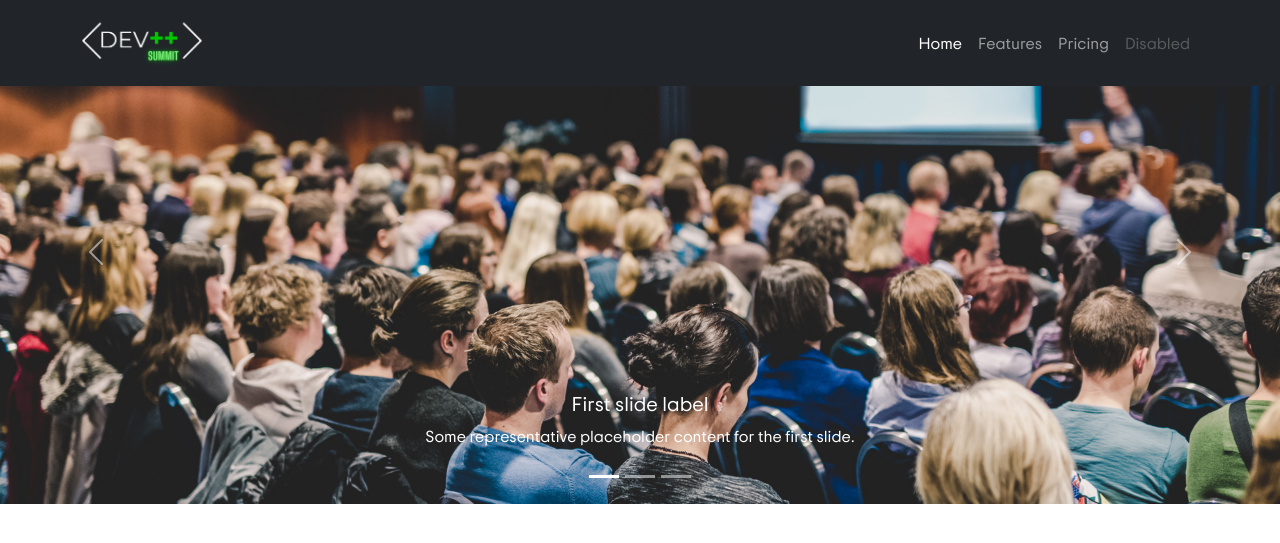
Repository: GScholl/ProjetoWeb_
Page: index.html
These files come from the project's save history. The page is drawn as it stood at one moment and after the next save; the edit follows.
The browser window is 1280 px wide. The pictures show the whole page.

Above is the page before, as saved 2023-08-23 09:22:35.

After the next save:
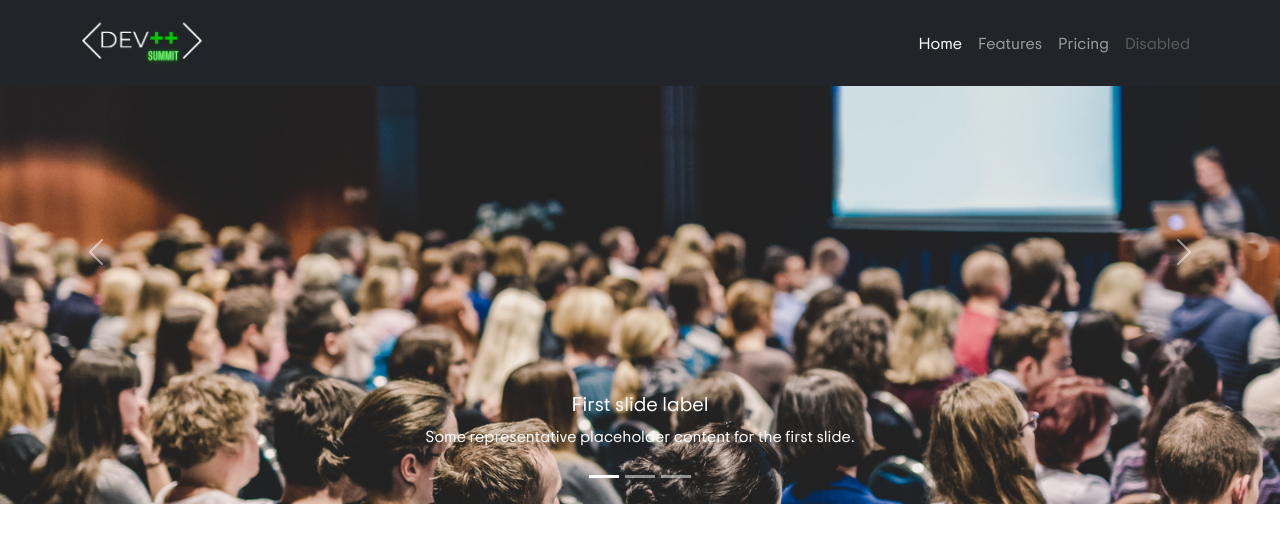
Saved 17 s later.
--- a/css/style.css
+++ b/css/style.css
@@ -15,6 +15,7 @@
   height: 70vh;
   background-position: center;
   background-size: cover;
+  background-attachment: fixed;
 }
 .item-2{
 
